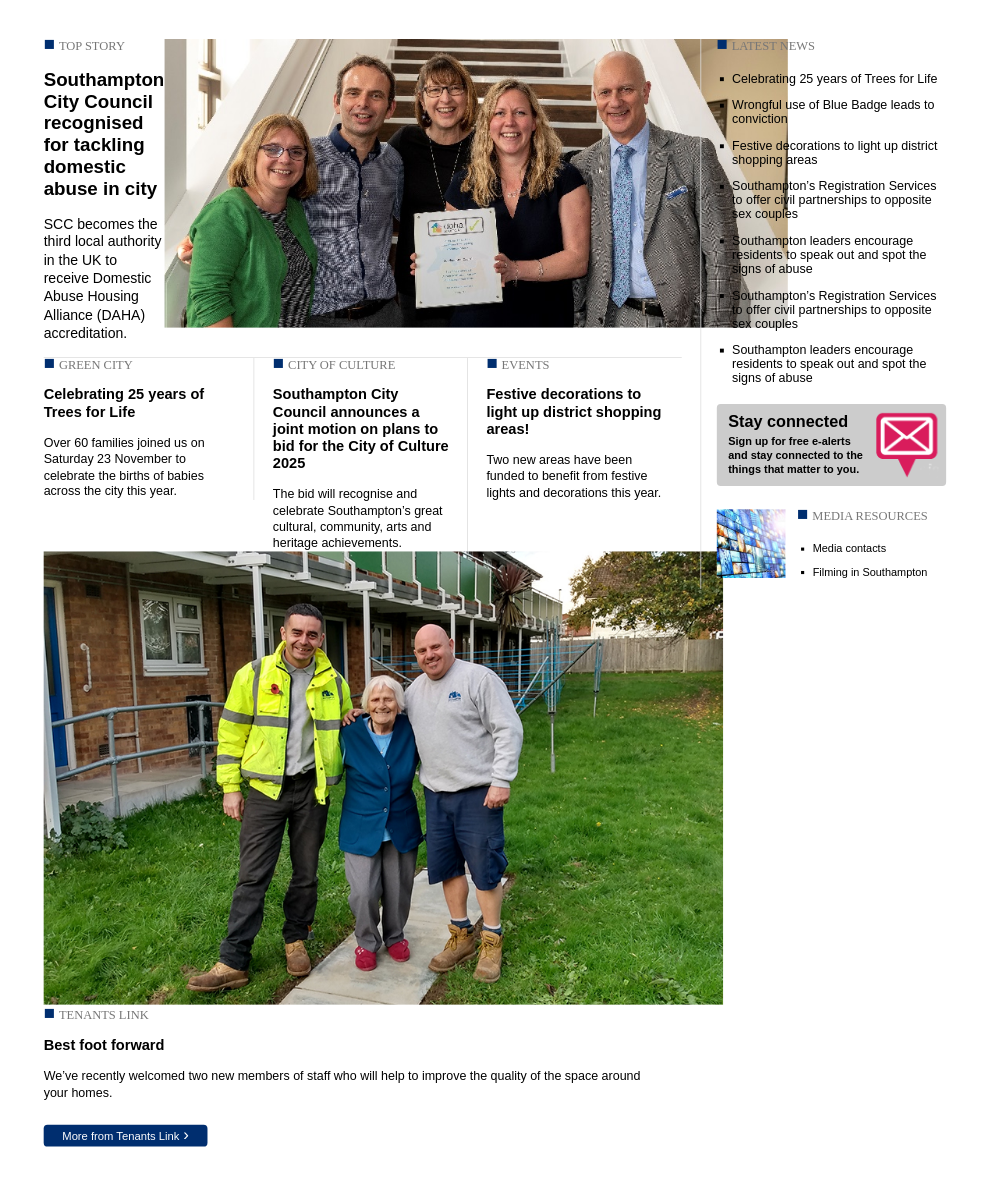
Repository: Domehead123/newspage
Page: news.html
The author's editor kept a record of every edit. The page is drawn from the files as they stood at one moment, then again after the next edit.
The browser window is 1280 px wide. The pictures show the whole page, at 78% of full size.
Some web libraries are served in a nearby version.

Above is the page before.

After the next edit:
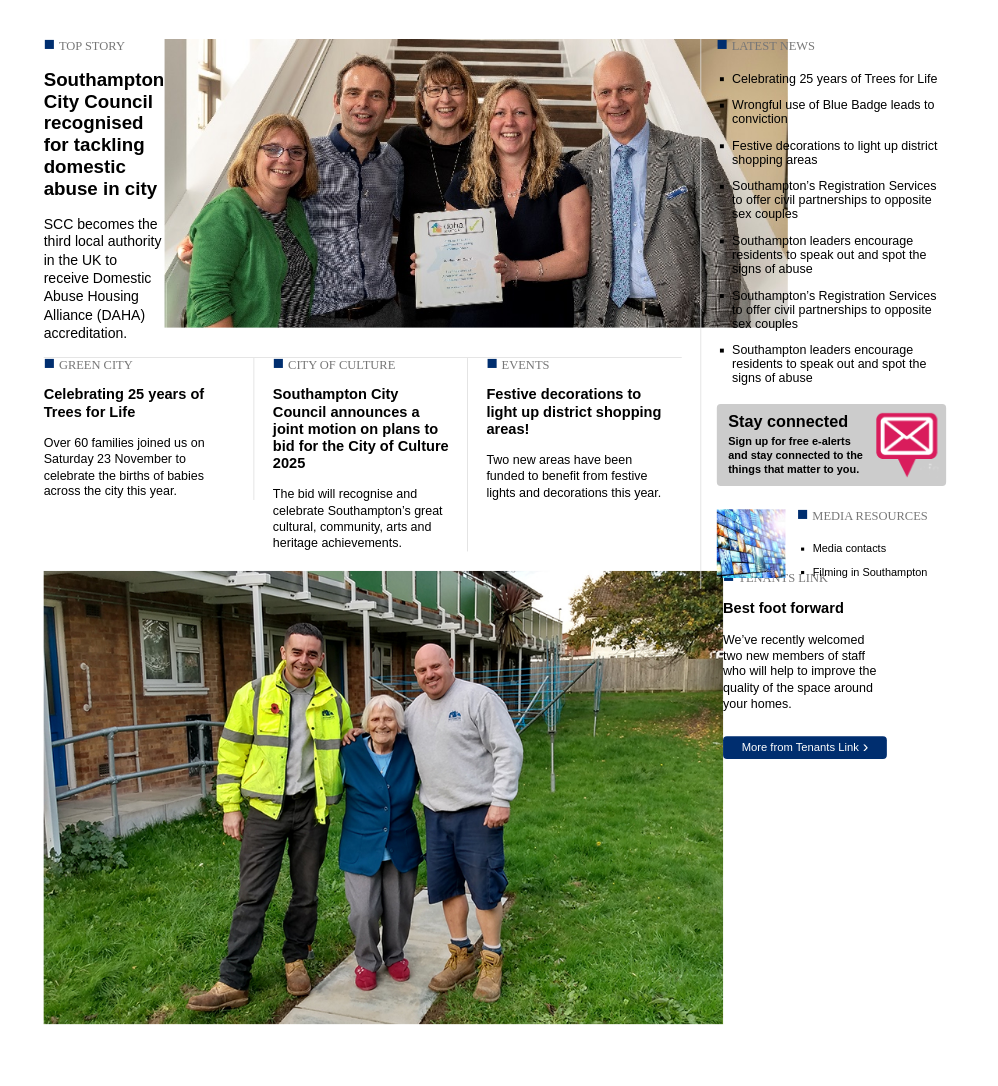
The edit:
--- a/news.html
+++ b/news.html
@@ -65,7 +65,7 @@
 
 
 
-            <div class="row">
+            <div class="bottom-row">
                 <div class="lower-image">
                     <a href="#"><img src="images/tenants.jpg"></a>
                 </div>
